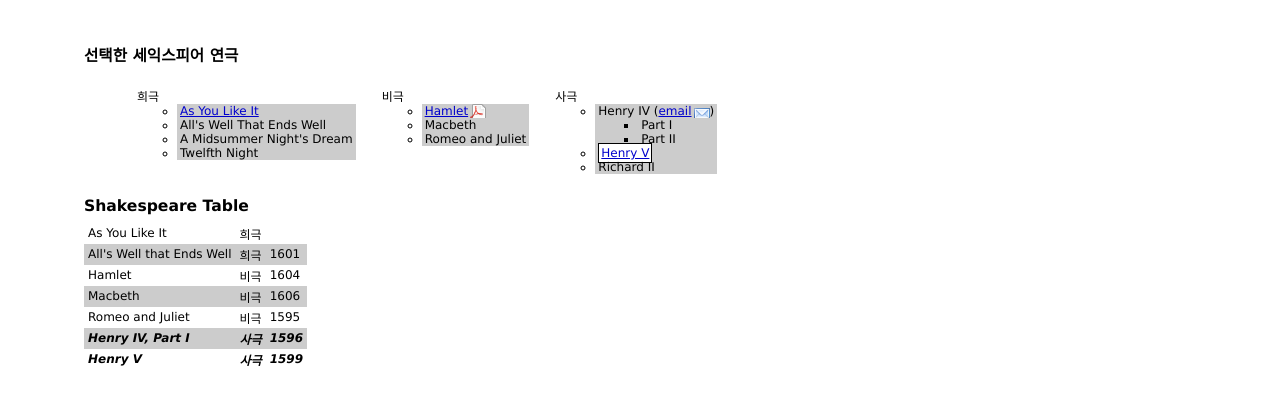
Repository: RyuJelly/211
Page: java_web/jQuery/WebContent/chap02/index.html
An editor plug-in stored every save of this project. The page is shown before and after the next save, followed by the edit.
The browser window is 1280 px wide. The pictures show the whole page.

Above is the page before, as saved 2021-03-15 05:34:58.

After the next save:
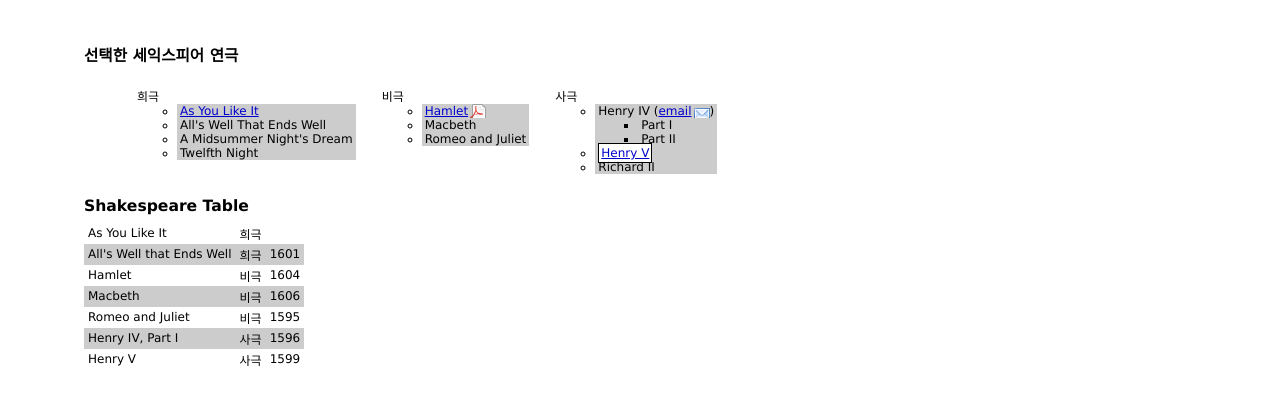
Saved 10 s later.
--- a/java_web/jQuery/WebContent/chap02/chapter2.js
+++ b/java_web/jQuery/WebContent/chap02/chapter2.js
@@ -15,5 +15,5 @@ $(function(){
 	//$('td:contains(Henry)').nextAll().addClass('highlight');
 
 	//$('td:contains(Henry)').nextAll().andSelf().addClass('highlight');
-	$('td:contains(Henry)').parent().find('td').addClass('highlight');
+	//$('td:contains(Henry)').parent().find('td').addClass('highlight');
 });
